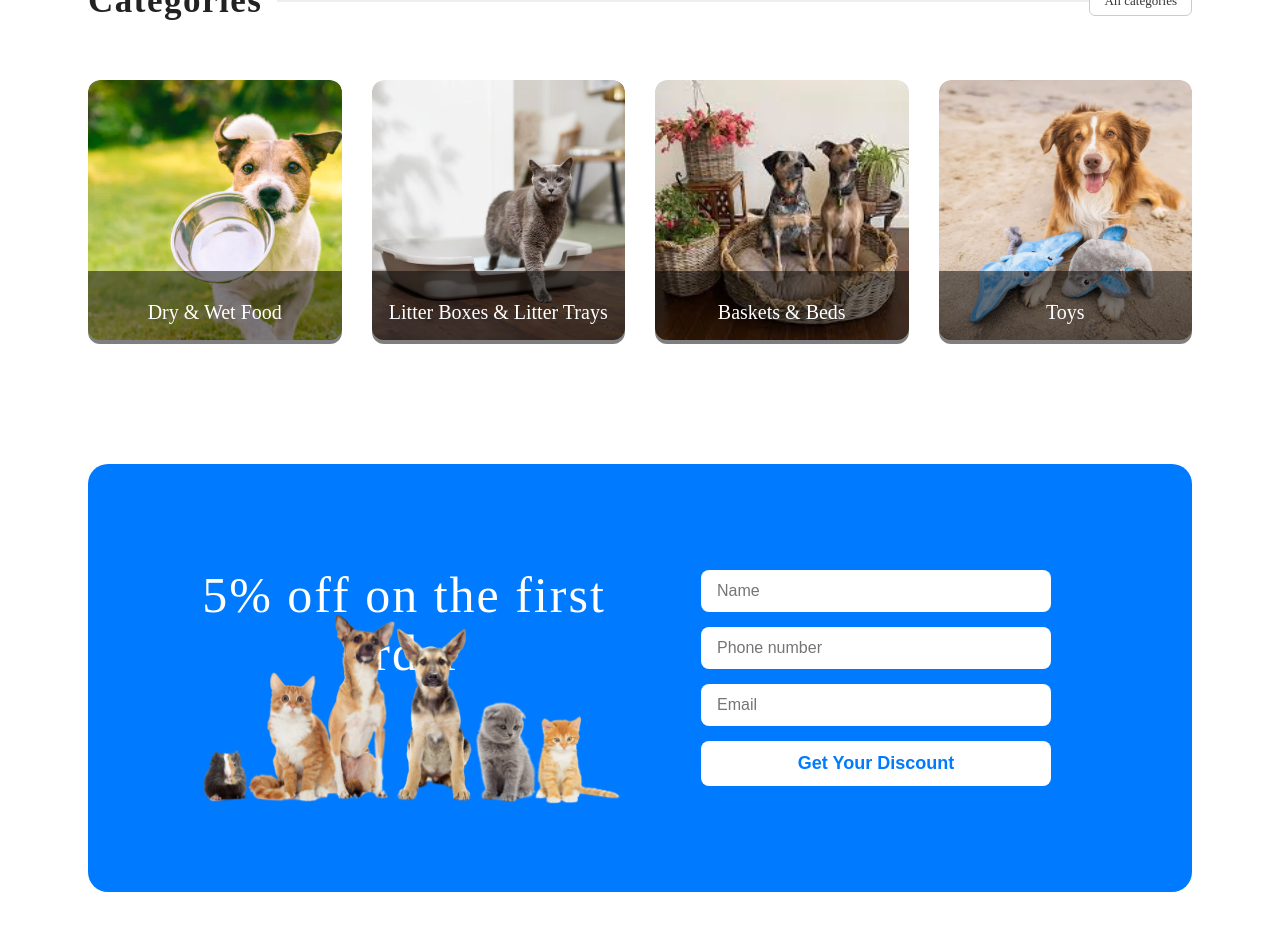
Repository: JuliiaJuliia/pet-shop-frontend
Page: / (app in pet-shop-frontend/)
An editor plug-in stored every save of this project. The page is shown before and after the next save, followed by the edit.
The browser window is 1280 px wide. The pictures show the part of the page from y = 703 to 1655 px (the page is 1655 px tall before and 1563 px after).
The project was rebuilt for these pictures with package versions that can differ from the ones it lists, and the page was loaded fresh each time. Also part of the build but not shown: pet-shop-frontend/vite.config.js, pet-shop-frontend/src/pages/CheckoutPage.jsx, pet-shop-frontend/src/api/axios.js, pet-shop-frontend/src/components/ProductList.jsx.

Above is the page before, as saved 2025-11-06 14:48:27.

### pet-shop-frontend/index.html
<!doctype html>
<html lang="en">
  <head>
    <meta charset="UTF-8" />
    <link rel="icon" type="image/svg+xml" href="/vite.svg" />
    <meta name="viewport" content="width=device-width, initial-scale=1.0" />
    <title>pet-shop-frontend</title>
  </head>
  <body>
    <div id="root"></div>
    <script type="module" src="/src/main.jsx"></script>
  </body>
</html>

### pet-shop-frontend/src/main.jsx
import HomePage from "./pages/HomePage";
import CheckoutPage from "./pages/CheckoutPage";
import React from "react";
import ReactDOM from "react-dom/client";
import { BrowserRouter, Routes, Route } from "react-router-dom";
import Header from "./components/Header/Header.jsx";
import ProductList from "./components/ProductList";

function Categories() {
  return <h2 style={{ textAlign: "center" }}>Categories Page</h2>;
}

function Sales() {
  return <h2 style={{ textAlign: "center" }}>Sales Page</h2>;
}

function Cart() {
  return <h2 style={{ textAlign: "center" }}>Your Cart is empty</h2>;
}

ReactDOM.createRoot(document.getElementById("root")).render(
  <BrowserRouter>
    <Header />
    <Routes>
      <Route path="/" element={<HomePage />} />
      <Route path="/categories" element={<Categories />} />
      <Route path="/products" element={<ProductList />} />
      <Route path="/sales" element={<Sales />} />
      <Route path="/cart" element={<Cart />} />
    </Routes>
  </BrowserRouter>
);

### pet-shop-frontend/src/pages/HomePage.jsx
import React from "react";
import MainBanner from "../components/MainBanner";
import Categories from "../components/Categories";
import DiscountBanner from "../components/DiscountBanner"; // 👈 ось цей рядок

const HomePage = () => {
  return (
    <div>
      <MainBanner />
      <Categories />
      <DiscountBanner />   {/* 👈 він має бути тут */}
    </div>
  );
};

export default HomePage;

### pet-shop-frontend/src/components/Header/Header.jsx
import React from "react";
import { Link } from "react-router-dom";
import "./Header.css";

const Header = () => {
  return (
    <header className="header">
      <div className="header__logo">
        <Link to="/">PetShop 🐾</Link>
      </div>
      <nav className="header__nav">
        <Link to="/">Main Page</Link>
        <Link to="/categories">Categories</Link>
        <Link to="/products">All products</Link>
        <Link to="/sales">All sales</Link>
      </nav>
      <div className="header__cart">
        <Link to="/cart">
        <img src="/icon.svg" alt="Cart" className="header__cart-icon" />
        </Link>
</div>
    </header>
  );
};

export default Header;

### pet-shop-frontend/src/components/MainBanner.jsx
import React from "react";
import { Link } from "react-router-dom";
import "./MainBanner.css";

const MainBanner = () => {
  return (
    <section className="main-banner">
      <div className="main-banner__overlay">
        <div className="main-banner__content">
        <h1>Amazing Discounts <br /> on Pets Products!</h1>
        <Link to="/checkout" className="banner-btn">Check out</Link>
        </div>
      </div>
    </section>
  );
};

export default MainBanner;

### pet-shop-frontend/src/components/Categories.jsx
import React from "react";
import { Link } from "react-router-dom";
import "./Categories.css";

const categories = [
  { id: 1, name: "Dry & Wet Food", image: "/Dog.jpg" },
  { id: 2, name: "Litter Boxes & Litter Trays", image: "/Cat.jpg" },
  { id: 3, name: "Baskets & Beds", image: "/Dogs.jpg" },
  { id: 4, name: "Toys", image: "/Dog and Fish.jpg" },
];

const Categories = () => {
  return (
    <section className="categories">
      <div className="categories__header">
        <h2>Categories</h2>
        <div className="categories__line"></div>

        <Link to="/products" className="all-categories-btn">
          All categories
        </Link>
      </div>

      <div className="categories__grid">
        {categories.map((category) => (
          <div key={category.id} className="category-card">
            <img src={category.image} alt={category.name} />
            <div className="category-card__overlay">
              <p>{category.name}</p>
            </div>
          </div>
        ))}
      </div>
    </section>
  );
};

export default Categories;

### pet-shop-frontend/src/components/DiscountBanner.jsx
import React from "react";
import "./DiscountBanner.css";

const DiscountBanner = () => {
  return (
    <section className="discount-banner">
      <div className="discount-banner__content">
        <div className="discount-banner__left">
          <h2>5% off on the first order</h2>
          <img src="/Pets.jpg" alt="pets" className="discount-banner__image" />
        </div>

        <div className="discount-banner__form">
          <form>
            <input type="text" placeholder="Name" required />
            <input type="phone" placeholder="Phone number" required />
            <input type="email" placeholder="Email" required />
            <button type="submit">Get Your Discount</button>
          </form>
        </div>
      </div>
    </section>
  );
};

export default DiscountBanner;

### pet-shop-frontend/src/components/Header/Header.css
.header {
    display: flex;
    align-items: center;
    justify-content: space-between;
    padding: 20px 60px;
    background-color: #fff;
    box-shadow: 0 2px 5px rgba(0, 0, 0, 0.05);
    position: sticky;
    top: 0;
    z-index: 10;
  }

  .header__logo a {
    font-size: 40px;
    font-weight: 400;
    color: #3d3c3c;
    text-decoration: none;
    display: flex;
    align-items: center;
    gap: 10px;
  }

  .header__nav {
    display: flex;
    gap: 30px;
  }

  .header__nav a {
    font-size: 20px;
    text-decoration: none;
    color: #38383a;
    font-weight: 550;
    transition: 0.3s;
    cursor: url("data:[embedded picture, 129 characters]"), auto;
  }

  .header__nav a:hover {
    color: #24973bf3;
  }

  .cart-icon {
    font-size: 20px;
    text-decoration: none;
  }

  .header__cart-icon {
    width: 30px;
    height: 30px;
    object-fit: contain;
    transition: transform 0.3s ease;
    cursor: url("data:[embedded picture, 129 characters]"), auto;
  }

  .header__cart-icon:hover {
    transform: rotate(10deg) scale(1.15);
  }

### pet-shop-frontend/src/components/MainBanner.css
.main-banner {
  position: relative;
  width: 100%;
  height: 500px;
  background: url("/banner-dog.jpg") center/cover no-repeat;
  display: flex;
  align-items: center;
  justify-content: center;
  border-radius: 10px;
  overflow: hidden;
  margin-bottom: 60px;
}

/* Полупрозрачный шар поверх картинки */
.main-banner__overlay {
  background: rgba(0, 0, 0, 0.35);
  width: 100%;
  height: 100%;
  display: flex;
  align-items: center;
  justify-content: center;
}

/* Текст и кнопка */
.main-banner__content {
  text-align: left;
  color: #fff;
  max-width: 800px;
  padding: 0 40px;
  line-height: 1.1;
  white-space: normal;
  word-break: break-word;
}

.main-banner__content h1 {
  font-size: 54px;
  font-weight: 700;
  line-height: 1.2;
  margin-bottom: 40px;
}


.main-banner__button {
  background-color: #53b955df;
  color: rgb(255, 255, 255);
  border: none;
  border-radius: 6px;
  font-size: 18px;
  padding: 14px 30px;
  cursor: pointer;
  transition: all 0.3s ease;
  cursor: url("data:[embedded picture, 129 characters]"), auto;
}

.main-banner__button:hover {
  background-color: #24973b91;
  ;
  transform: scale(1.05);
}

.banner-btn {
  display: inline-block;
  background-color: #53b955df;
  color: white;
  border: none;
  border-radius: 6px;
  font-size: 18px;
  padding: 14px 30px;
  text-decoration: none;
  text-align: center;
  cursor: pointer;
  transition: all 0.3s ease;
}

.banner-btn:hover {
  background-color: #24973b91;
  transform: scale(1.05);
}

### pet-shop-frontend/src/components/Categories.css
.categories {
    padding: 0px 80px 60px;
    background-color: #fff;
  }

  .categories__title {
    font-size: 36px;
    font-weight: 600;
    margin-bottom: 30px;
    color: #222;
  }

  .categories__grid {
    display: grid;
    grid-template-columns: repeat(auto-fit, minmax(220px, 1fr));
    gap: 30px;
    justify-items: center;
  }

  .category-card {
    position: relative;
    width: 100%;
    max-width: 260px;
    border-radius: 12px;
    overflow: hidden;
    cursor: url("data:[embedded picture, 129 characters]"), auto;
    transition: transform 0.3s ease;
  }

  .category-card img {
    width: 100%;
    height: 260px;
    object-fit: cover;
    border-radius: 12px;
  }

  .category-card__overlay {
    position: absolute;
    display: flex;
    justify-content: center;
    align-items: center;
    text-align: center;
    bottom: 0;
    left: 0;
    right: 0;
    background: rgba(0, 0, 0, 0.5);
    color: #fff;
    font-size: 20px;
    font-weight: 500;
    padding-top: 10px;
    transition: background 0.3s ease;
  }

  .category-card:hover {
    transform: scale(1.05);
  }

  .category-card:hover .category-card__overlay {
    background: rgba(0, 0, 0, 0.7);
  }

  .categories__header {
    display: flex;
    align-items: center;
    justify-content: space-between;
    position: relative;
    margin-bottom: 30px;
  }

  .categories__header h2 {
    font-size: 35px;
    font-weight: 700;
    color: #222;
    letter-spacing: 1.5px;
    background-color: #fff;
    padding-right: 15px;
    z-index: 1;
  }

  .categories__line {
    position: absolute;
    left: 0;
    right: 0;
    height: 1px;
    background-color: #ddd;
    top: 50%;
    transform: translateY(-50%);
    z-index: 0;
  }

  .all-categories-btn {
    display: inline-flex;
    align-items: center;
    justify-content: center;
    background-color: #fff;
    border: 1px solid #ccc;
    border-radius: 6px;
    padding: 6px 14px;
    font-size: 13px;
    font-weight: 500;
    color: #333;
    text-decoration: none;
    outline: none;
    cursor: pointer;
    z-index: 1;
    transition: all 0.3s ease;
  }

  .all-categories-btn:hover {
    background-color: #53b955cd;
    color: #fff;
    border-color: #24973b91;
    transform: scale(1.05);
    cursor: url("/paw-cursor.png"), auto;
    cursor: url("data:[embedded picture, 129 characters]"), auto;
  }

### pet-shop-frontend/src/components/DiscountBanner.css
.discount-banner {
    background-color: #007bff;
    color: #fff;
    border-radius: 20px;
    margin: 60px 80px;
    padding: 60px 80px;
    position: relative;
    overflow: hidden;
    display: flex;
    justify-content: center;
    align-items: center;
  }

  /* 🔹 Контейнер із текстом + формою */
  .discount-banner__content {
    display: flex;
    justify-content: space-between;
    align-items: center;
    width: 100%;
  }

  /* 🔹 Ліва частина (заголовок + фото) */
  .discount-banner__left {
    flex: 1;
    position: relative;
    display: flex;
    flex-direction: column;
    align-items: center;
    justify-content: center;
  }

  /* 🔹 Заголовок тепер зверху по центру */
  .discount-banner__left h2 {
    font-size: 50px;
    font-weight: 500;
    letter-spacing: 2px;
    text-align: center;
    margin-bottom: 150px;
  }

  /* 🔹 Фото тварин — знизу */
  .discount-banner__image {
    width: 100%;
    max-width: 500px;
    object-fit: contain;
    position: absolute;
    left: 50%;
    transform: translateX(-50%);
  }

  /* 🔹 Форма — справа, посередині вертикально */
  .discount-banner__form {
    flex: 1;
    display: flex;
    justify-content: center;
    align-items: center; /* центр вертикалі */
    z-index: 3;
  }

  .discount-banner__form form {
    background: transparent;
    display: flex;
    flex-direction: column;
    gap: 15px;
    width: 100%;
    max-width: 350px;
  }

  .discount-banner__form input {
    padding: 12px 16px;
    border-radius: 8px;
    border: none;
    font-size: 16px;
    outline: none;
  }

  .discount-banner__form button {
    background-color: #fff;
    color: #007bff;
    border: none;
    border-radius: 8px;
    padding: 12px 20px;
    font-size: 18px;
    font-weight: 600;
    cursor: pointer;
    transition: 0.3s;
  }

  .discount-banner__form button:hover {
    background-color: #f0f0f0;
    transform: scale(1.05);
    cursor: url("data:[embedded picture, 129 characters]"), auto;
  }

After the next save:
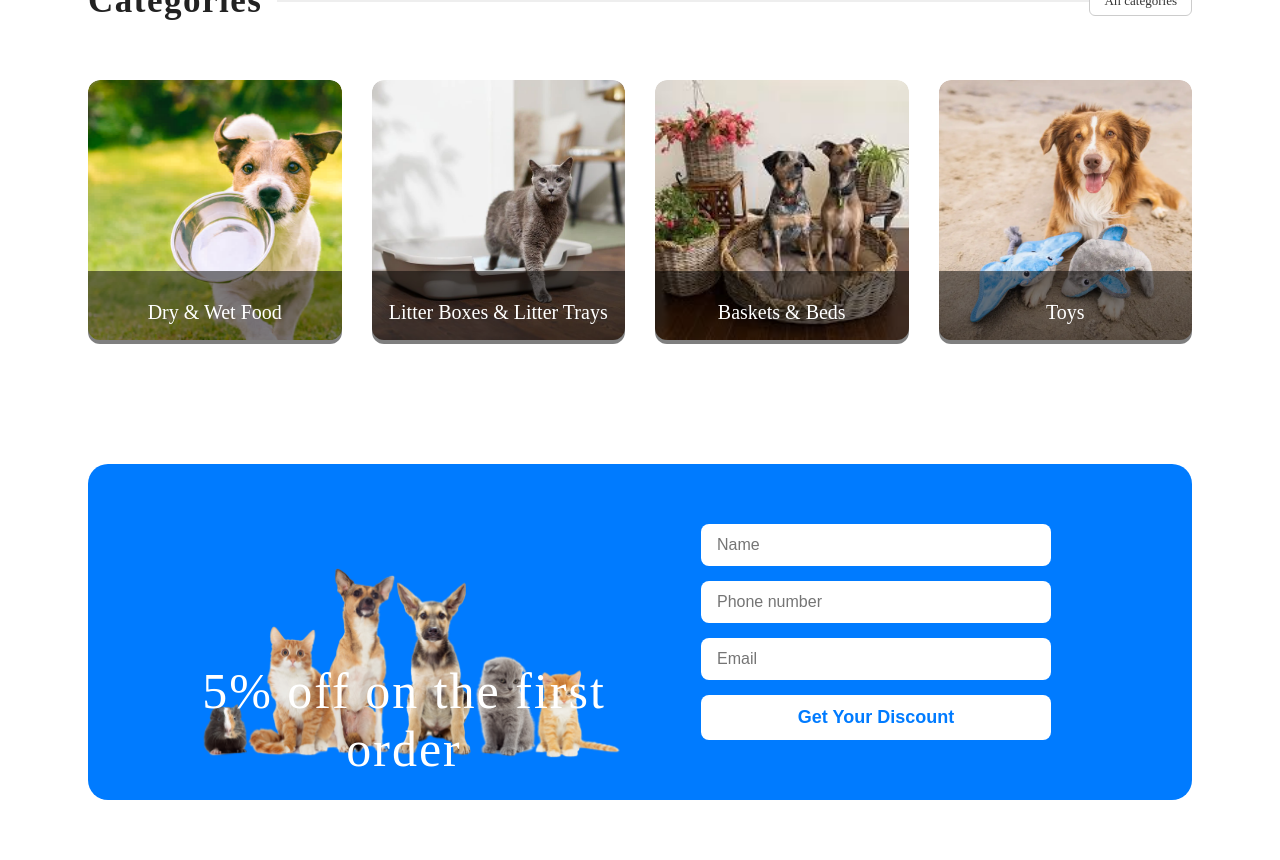
Saved 68 s later.
--- a/pet-shop-frontend/src/components/DiscountBanner.css
+++ b/pet-shop-frontend/src/components/DiscountBanner.css
@@ -36,6 +36,23 @@
     letter-spacing: 2px;
     text-align: center;
     margin-bottom: 150px;
+  }
+
+  /* 🔹 Заголовок тепер під самим верхом і по центру */
+.discount-banner__left h2 {
+    font-size: 50px;
+    font-weight: 500;
+    letter-spacing: 2px;
+    text-align: center;
+
+    position: absolute;  /* фіксуємо позицію всередині блоку */
+    top: 30px;           /* розташовуємо під самим верхом */
+    left: 50%;           /* центруємо горизонтально */
+    transform: translateX(-50%); /* зсув для ідеального центру */
+
+    width: 100%;
+    margin: 0;           /* прибираємо старі відступи */
+    z-index: 2;          /* поверх картинки */
   }
 
   /* 🔹 Фото тварин — знизу */

After the 3 saves that followed:
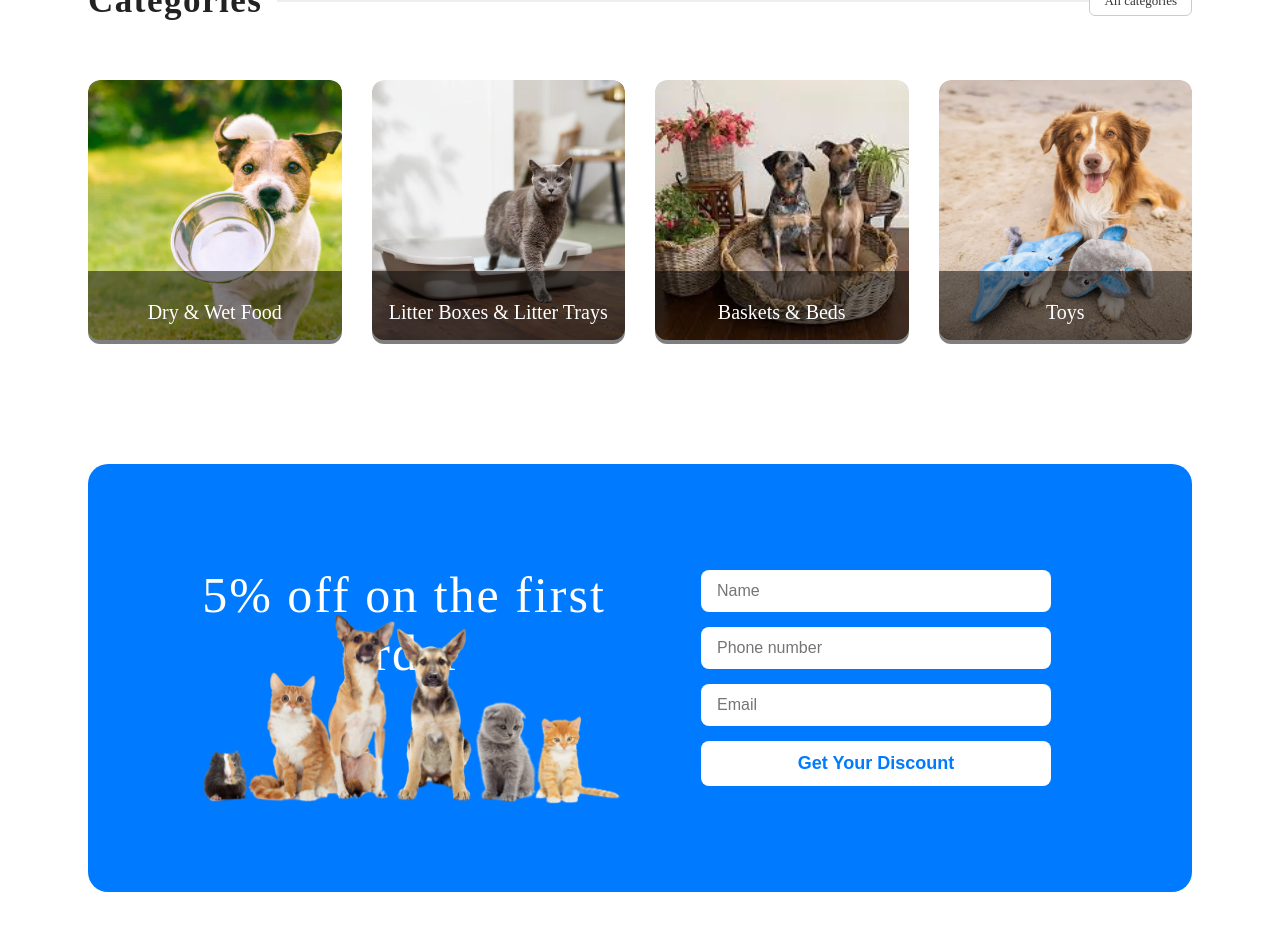
The 3 saves are shown as one change because 2 left the picture as it was.
The last was saved 28 s later.
--- a/pet-shop-frontend/src/components/DiscountBanner.css
+++ b/pet-shop-frontend/src/components/DiscountBanner.css
@@ -36,23 +36,6 @@
     letter-spacing: 2px;
     text-align: center;
     margin-bottom: 150px;
-  }
-
-  /* 🔹 Заголовок тепер під самим верхом і по центру */
-.discount-banner__left h2 {
-    font-size: 50px;
-    font-weight: 500;
-    letter-spacing: 2px;
-    text-align: center;
-
-    position: absolute;  /* фіксуємо позицію всередині блоку */
-    top: 30px;           /* розташовуємо під самим верхом */
-    left: 50%;           /* центруємо горизонтально */
-    transform: translateX(-50%); /* зсув для ідеального центру */
-
-    width: 100%;
-    margin: 0;           /* прибираємо старі відступи */
-    z-index: 2;          /* поверх картинки */
   }
 
   /* 🔹 Фото тварин — знизу */
